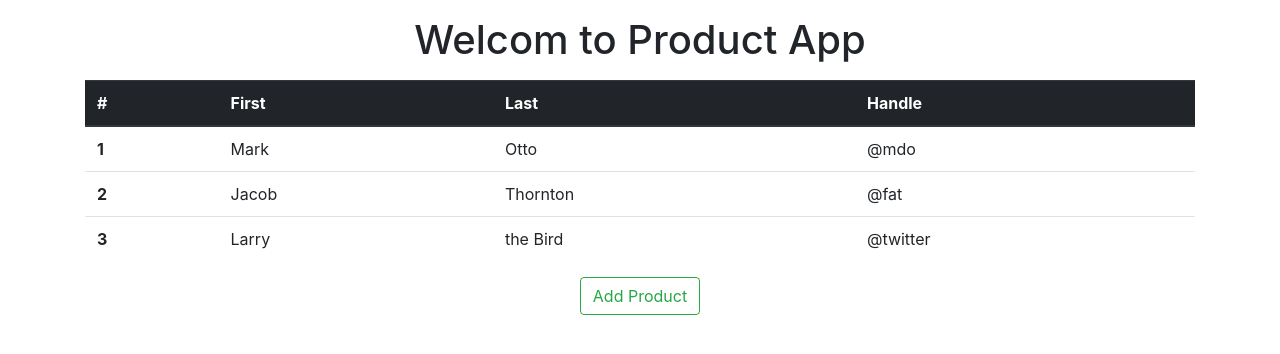
Repository: trajendra0242/Spring_Mvc_Crud_Operations
Page: http://localhost/productapp/WEB-INF/views/index.jsp
The author's editor kept a copy of each file at every save. The page is drawn from the files as they stood at one save, then again after the next save.
The browser window is 1280 px wide. The pictures show the whole page.
Some web libraries are served in a nearby version. The page is served by Tomcat 9. Nobody is signed in. Other server files are loaded and not shown. The template is opened directly, without the code that normally fills it, so the values that code supplies are empty.

Above is the page before, as saved 2023-12-21 07:08:11.

### productapp/src/main/webapp/WEB-INF/views/index.jsp
<html>
<head>
<%@include file="./base.jsp"%>
<%@ taglib prefix="c" uri="http://java.sun.com/jsp/jstl/core"%>
</head>
<body>
	<div class="container mt-3">
		<div class="row">
			<div class="col-md-12">
				<h1 class="text-center mb-3">Welcom to Product App</h1>
				<table class="table">
					<thead class="thead-dark">
						<tr>
							<th scope="col">#</th>
							<th scope="col">First</th>
							<th scope="col">Last</th>
							<th scope="col">Handle</th>
						</tr>
					</thead>
					<tbody>
						<tr>
							<th scope="row">1</th>
							<td>Mark</td>
							<td>Otto</td>
							<td>@mdo</td>
						</tr>
						<tr>
							<th scope="row">2</th>
							<td>Jacob</td>
							<td>Thornton</td>
							<td>@fat</td>
						</tr>
						<tr>
							<th scope="row">3</th>
							<td>Larry</td>
							<td>the Bird</td>
							<td>@twitter</td>
						</tr>
					</tbody>
				</table>
				<div class="container text-center">
					<a href="add-product" class="btn btn-outline-success">Add Product</a>
				</div>
			</div>
		</div>
	</div>
</body>
</html>

### productapp/src/main/webapp/WEB-INF/views/base.jsp
<%@page import="javax.servlet.descriptor.TaglibDescriptor"%>
<%@ page language="java" contentType="text/html; charset=UTF-8"
	pageEncoding="UTF-8"%>
<meta name="viewport"
	content="width=device-width, initial-scale=1, shrink-to-fit=no">
	<%@page isELIgnored="false" %>
<%@ taglib prefix="c" uri="http://java.sun.com/jsp/jstl/core"%>

<link rel="stylesheet"
	href="https://cdn.jsdelivr.net/npm/bootstrap@4.0.0/dist/css/bootstrap.min.css"
	integrity="sha384-Gn5384xqQ1aoWXA+058RXPxPg6fy4IWvTNh0E263XmFcJlSAwiGgFAW/dAiS6JXm"
	crossorigin="anonymous">
<script src="https://code.jquery.com/jquery-3.2.1.slim.min.js"
	integrity="sha384-KJ3o2DKtIkvYIK3UENzmM7KCkRr/rE9/Qpg6aAZGJwFDMVNA/GpGFF93hXpG5KkN"
	crossorigin="anonymous"></script>
<script
	src="https://cdn.jsdelivr.net/npm/popper.js@1.12.9/dist/umd/popper.min.js"
	integrity="sha384-ApNbgh9B+Y1QKtv3Rn7W3mgPxhU9K/ScQsAP7hUibX39j7fakFPskvXusvfa0b4Q"
	crossorigin="anonymous"></script>
<script
	src="https://cdn.jsdelivr.net/npm/bootstrap@4.0.0/dist/js/bootstrap.min.js"
	integrity="sha384-JZR6Spejh4U02d8jOt6vLEHfe/JQGiRRSQQxSfFWpi1MquVdAyjUar5+76PVCmYl"
	crossorigin="anonymous"></script>

<title><c:out value="${title }">Product CRUD APP</c:out></title>

After the next save:
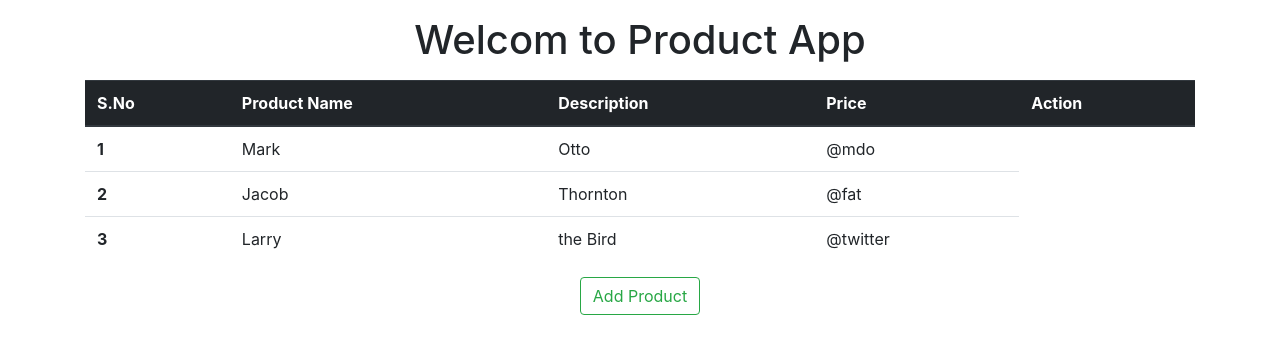
Saved 110 s later.
--- a/productapp/src/main/webapp/WEB-INF/views/index.jsp
+++ b/productapp/src/main/webapp/WEB-INF/views/index.jsp
@@ -11,10 +11,11 @@
 				<table class="table">
 					<thead class="thead-dark">
 						<tr>
-							<th scope="col">#</th>
-							<th scope="col">First</th>
-							<th scope="col">Last</th>
-							<th scope="col">Handle</th>
+							<th scope="col">S.No</th>
+							<th scope="col">Product Name</th>
+							<th scope="col">Description</th>
+							<th scope="col">Price</th>
+							<th scope="col">Action</th>
 						</tr>
 					</thead>
 					<tbody>
